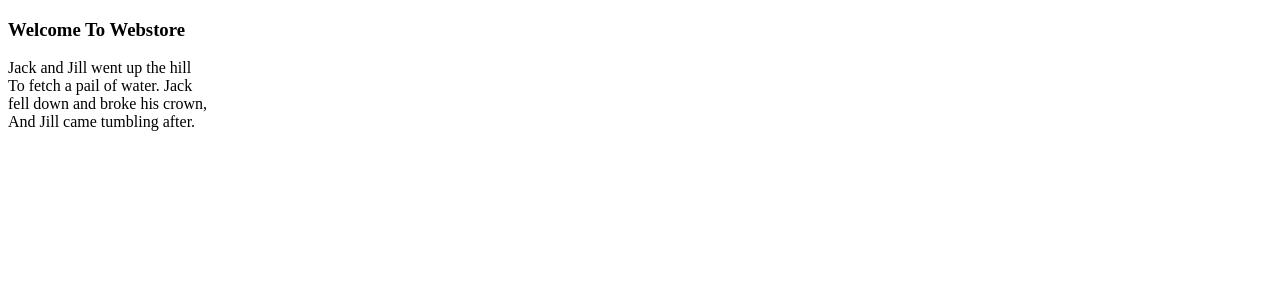
Repository: sourogithub/Final-yr-project-using-j2ee
Page: http://localhost/Webstore/JSP Pages/index.jsp
The author's editor kept a copy of each file at every save. The page is drawn from the files as they stood at one save, then again after the next save.
The browser window is 1280 px wide. The pictures show the whole page.
The page is served by Tomcat 9.

Above is the page before, as saved 2017-04-11 07:17:07.

After the next save:
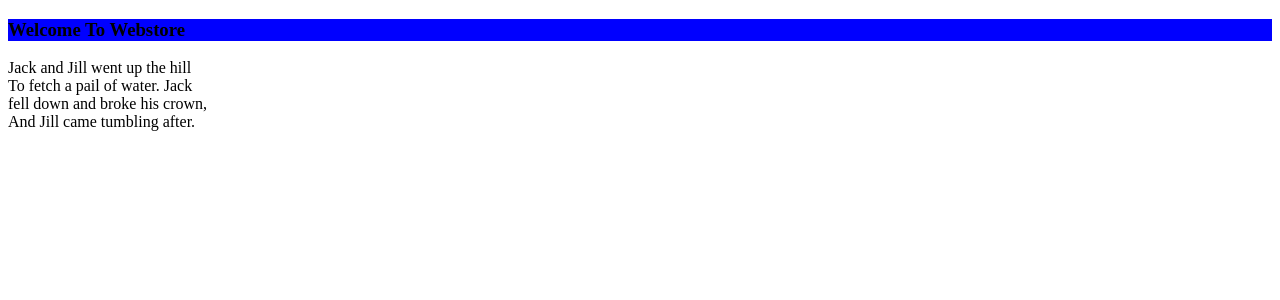
Saved 34 s later.
--- a/Webstore/WebContent/JSP Pages/index.jsp
+++ b/Webstore/WebContent/JSP Pages/index.jsp
@@ -8,7 +8,7 @@
 
 </head>
 <body>
-<div id="top" style="backgorund:blue">
+<div id="top" style="background:blue">
 <h3>Welcome To Webstore</h3>
 </div>
 <div id="mydiv" style="width:200px;background:white" onmouseover="this.style.background='gray';" onmouseout="this.style.background='white';">
